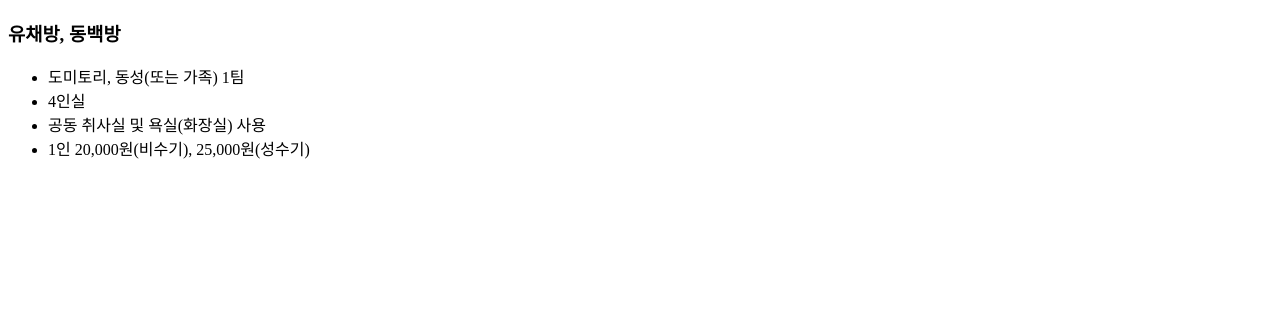
Repository: KimHeonSeung/TJE_HTML
Page: sources/day_01/WebContent/list1.html
The author's editor kept a copy of each file at every save. The page is drawn from the files as they stood at one save, then again after the next save.
The browser window is 1280 px wide. The pictures show the whole page.

Above is the page before, as saved 2019-05-10 06:57:18.

### sources/day_01/WebContent/list1.html
<!DOCTYPE html>
<html>
<head>
<meta charset="UTF-8">
<title>list1</title>
</head>
<body>
<!-- ul은 순서가 없는 목록을 생성하는 태그. li와 함께 쓰인다. -->
<h3>유채방, 동백방</h3>

<ul>
	<li>도미토리, 동성(또는 가족) 1팀</li>
	<li>4인실</li>
	<li>공동 취사실 및 욕실(화장실) 사용</li>
	<li>1인 20,000원(비수기), 25,000원(성수기)</li>
</ul>

</body>
</html>

After the next save:
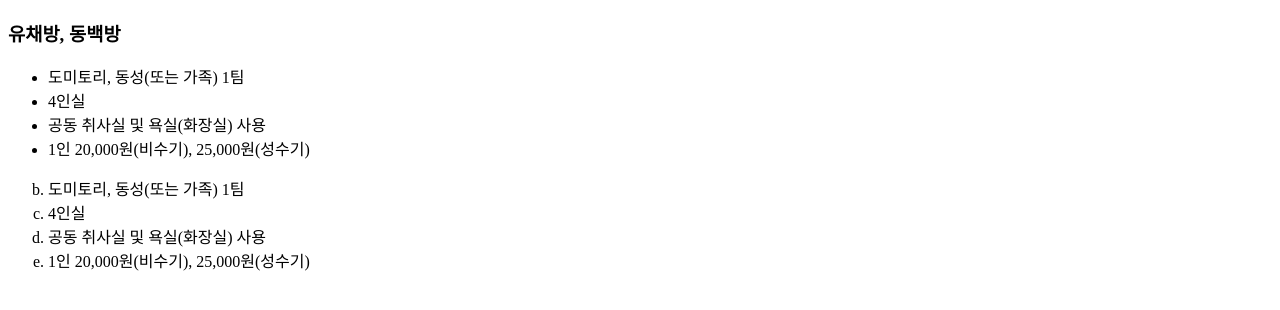
Saved 4 min 24 s later.
--- a/sources/day_01/WebContent/list1.html
+++ b/sources/day_01/WebContent/list1.html
@@ -15,5 +15,13 @@
 	<li>1인 20,000원(비수기), 25,000원(성수기)</li>
 </ul>
 
+
+<ol type = "a" start = "2">
+	<li>도미토리, 동성(또는 가족) 1팀</li>
+	<li>4인실</li>
+	<li>공동 취사실 및 욕실(화장실) 사용</li>
+	<li>1인 20,000원(비수기), 25,000원(성수기)</li>
+</ol>
+
 </body>
 </html>
